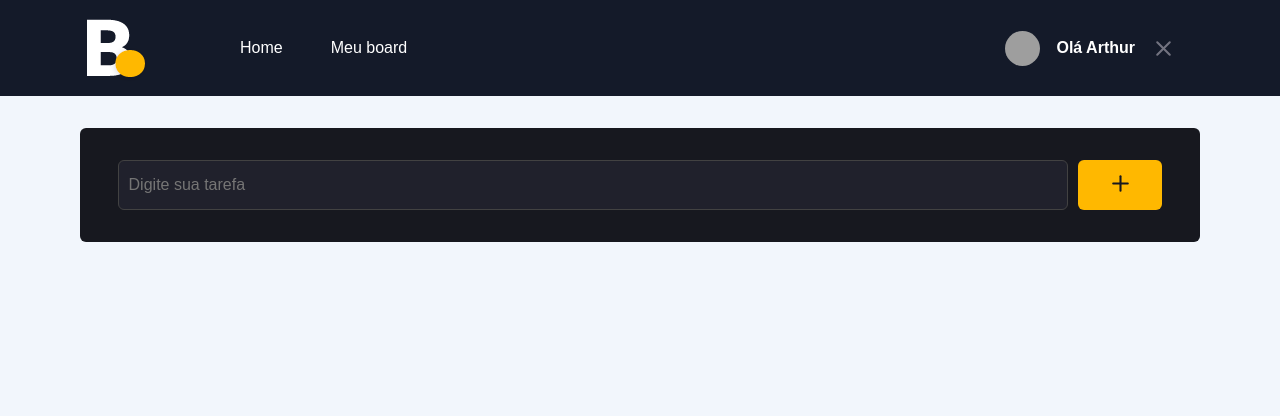
Repository: ArthurHendrich/Task-Board
Page: /board
An editor plug-in stored every save of this project. The page is shown before and after the next save, followed by the edit.
The browser window is 1280 px wide. The pictures show the whole page.
Pictures or frames that could not be fetched are drawn as grey boxes. The project was rebuilt for these pictures with package versions that can differ from the ones it lists, and the page was loaded fresh each time. The framework's server and built-in components were replaced by stand-ins that run in the browser. Also part of the build but not shown: next.config.js.

Above is the page before, as saved 2022-07-04 17:58:52.

After the next save:
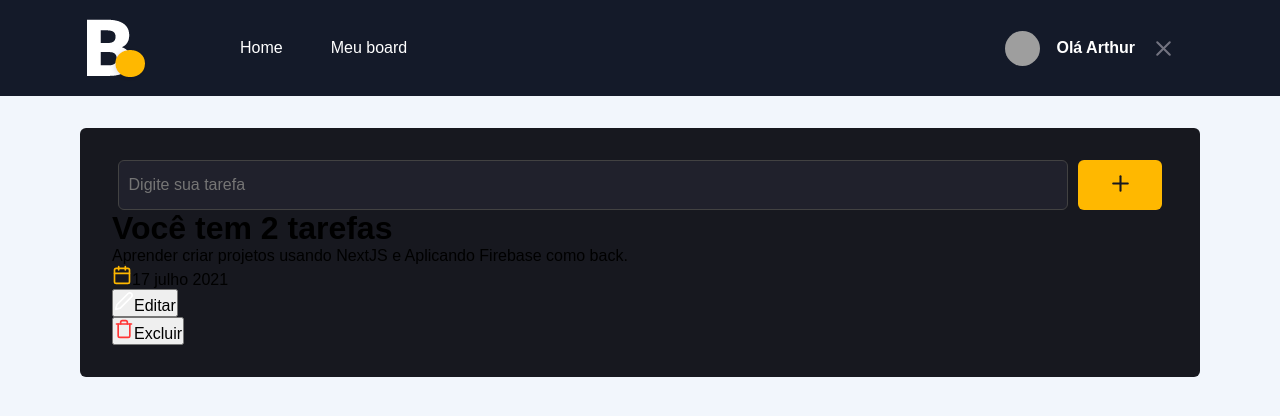
Saved 3 min 5 s later.
--- a/src/pages/board/index.tsx
+++ b/src/pages/board/index.tsx
@@ -1,6 +1,6 @@
 import Head from 'next/head';
 import styles from './styles.module.scss';
-import { FiPlus } from 'react-icons/fi'
+import { FiPlus, FiCalendar, FiEdit2, FiTrash } from 'react-icons/fi'
 
 export default function Board(){
   return (
@@ -15,6 +15,32 @@ export default function Board(){
           <button type='submit'><FiPlus size={25} color="#17181f"/></button>
         </form>
 
+        <h1>Você tem 2 tarefas</h1>
+
+        <section>
+          <article className={styles.taskList}>
+            <p>Aprender criar projetos usando NextJS e Aplicando Firebase como back.</p>
+            <div className={styles.actions}>
+
+              <div>
+                <div>
+                  <FiCalendar size={20} color="#ffb800" />
+                  <time>17 julho 2021</time>
+                </div>
+                <button>
+                  <FiEdit2 size={20} color="#FFF" />
+                  <span>Editar</span>
+                </button>
+              </div>
+
+              <button>
+                <FiTrash size={20} color="#FF3636" />
+                <span>Excluir</span>
+              </button>
+
+            </div>
+          </article>
+        </section>
       </main>
     </>
   )
